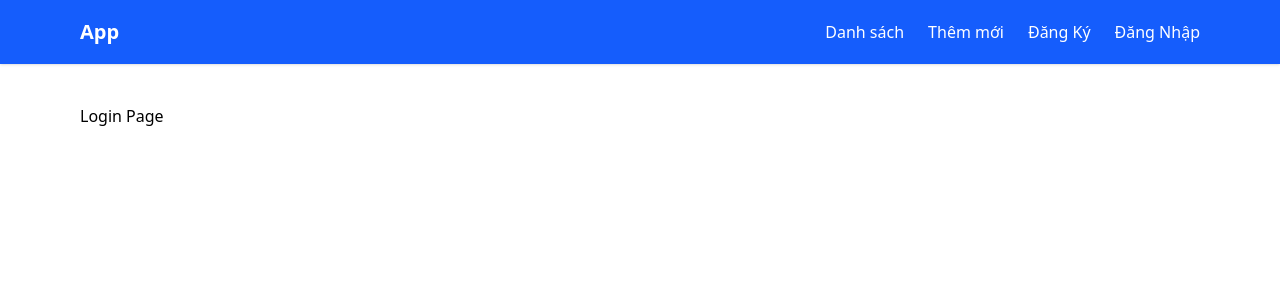
Repository: DODUCHUY195/Lap_Trinh_TypeScript
Page: /login
These files come from the project's save history. The page is drawn as it stood at one moment and after the next save; the edit follows.
The browser window is 1280 px wide. The pictures show the whole page.
The project was rebuilt for these pictures with package versions that can differ from the ones it lists, and the page was loaded fresh each time. Also part of the build but not shown: vite.config.ts, src/pages/List.tsx, src/pages/Add.tsx, src/pages/Edit.tsx.

Above is the page before, as saved 2026-01-26 19:07:59.

After the next save:
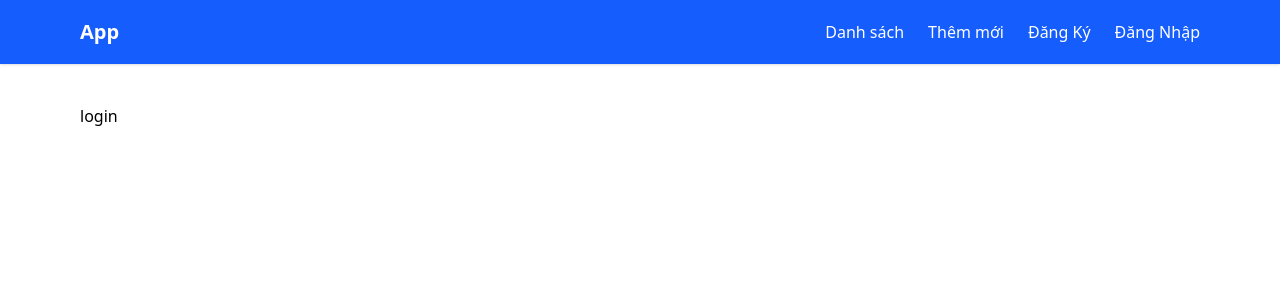
Saved 13 s later.
--- a/src/pages/AuthPage.tsx
+++ b/src/pages/AuthPage.tsx
@@ -5,7 +5,7 @@ type BooleanProps = {
 function AuthPage({ isRegister }: BooleanProps) {
   return <div>
 
-    {isRegister ? "Register Page" : "Login Page"}
+    {isRegister ? "register" : "login"}
 
   </div>;
 }
